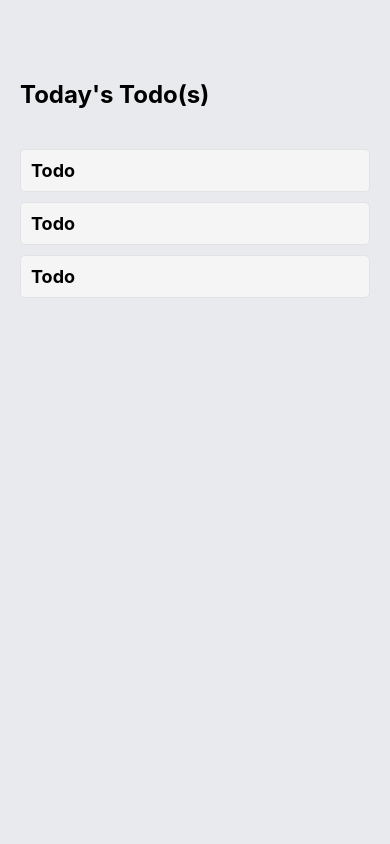
Repository: lomelo-x/ToDo-App
Screen: /
These files come from the project's save history. The screen is drawn as it stood at one moment and after a run of saves; the edit follows.
The app was drawn by React Native's web renderer in a window 390 px wide. The project was rebuilt for these pictures with package versions that can differ from the ones it lists, and the page was loaded fresh each time.

Above is the screen before, as saved 2022-06-17 19:33:17.

### App.js
import { StatusBar } from 'expo-status-bar';
import { StyleSheet, Text, View } from 'react-native';
import Todo from './components/Todo';

export default function App() {
	return (
		<View style={styles.container}>
			{/* Todays Todos */}
			<View style={styles.todoContainer}>
				<Text style={styles.sectionTitle}>Today's Todo(s)</Text>
				<View style={styles.itemsContainer}>
					<Todo />
					<Todo />
					<Todo />
				</View>
			</View>
		</View>
	);
}

const styles = StyleSheet.create({
	container: {
		flex: 1,
		backgroundColor: '#E8EAED',
	},
	todoContainer: {
		paddingTop: 80,
		paddingHorizontal: 20,
	},
	sectionTitle: {
		fontSize: 24,
		fontWeight: 'bold',
		marginBottom: 20,
	},
	itemsContainer: {
		marginTop: 20,
	},
});

### components/Todo.js
import React from 'react';
import { View, Text, StyleSheet } from 'react-native';

const Todo = () => {
	return (
		<View style={styles.todo}>
			<Text style={styles.todoText}>Todo</Text>
		</View>
	);
};

const styles = StyleSheet.create({
	todo: {
		backgroundColor: '#f5f5f5',
		padding: 10,
		marginBottom: 10,
		borderRadius: 5,
		borderWidth: 1,
		borderColor: '#e3e3e3',
	},
	todoText: {
		fontSize: 18,
		fontWeight: 'bold',
	},
});

export default Todo;

After the next 2 saves:
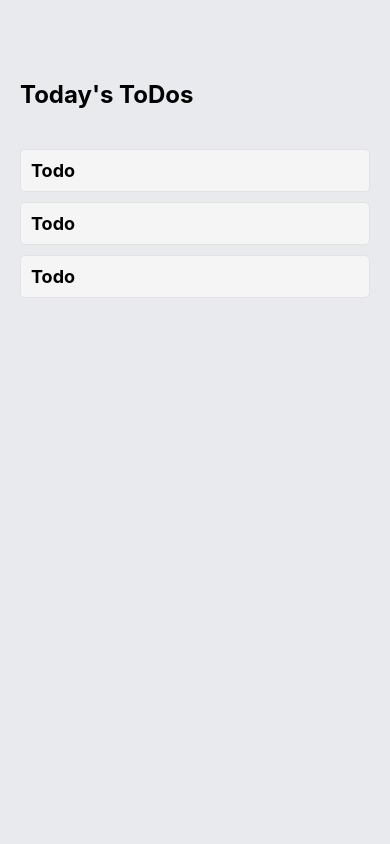
The 2 saves are shown as one change because they came seconds apart.
The last was saved 22 s later.
--- a/App.js
+++ b/App.js
@@ -7,7 +7,7 @@ export default function App() {
 		<View style={styles.container}>
 			{/* Todays Todos */}
 			<View style={styles.todoContainer}>
-				<Text style={styles.sectionTitle}>Today's Todo(s)</Text>
+				<Text style={styles.sectionTitle}>Today's ToDos</Text>
 				<View style={styles.itemsContainer}>
 					<Todo />
 					<Todo />
